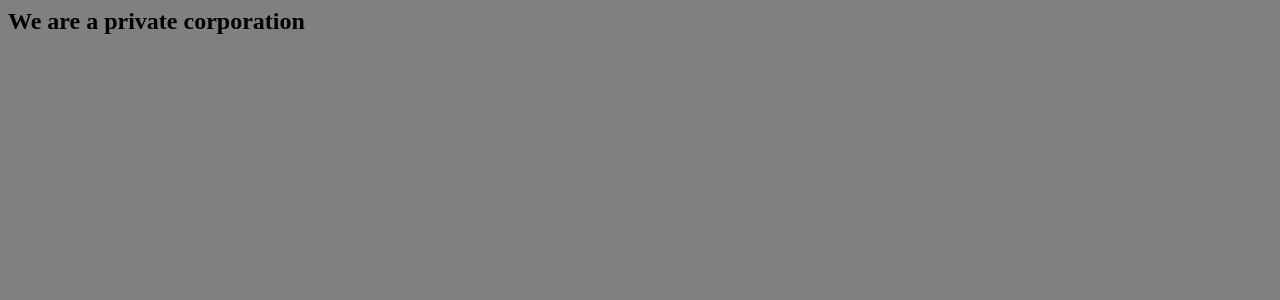
Repository: Mehakbatra496/Eclipse_Workspace
Page: http://localhost/G5_Springboot_LoginReg_ProfileApp/views/aboutUsPage.jsp
An editor plug-in stored every save of this project. The page is shown before and after the next save, followed by the edit.
The browser window is 1280 px wide. The pictures show the whole page.
The page is served by Tomcat 9. Other server files are loaded and not shown.

Above is the page before, as saved 2024-08-26 06:43:50.

### G5_Springboot_LoginReg_ProfileApp/src/main/webapp/views/aboutUsPage.jsp
<%@ page language="java" contentType="text/html; charset=ISO-8859-1"
    pageEncoding="ISO-8859-1"%>

<html>
    <head>
        <meta charset="ISO-8859-1">
        <title>Home</title>
        <style>

           .menubar_div {background-color: powderblue;}

        </style>
    </head>

    <body style="background-color: gray">
    <h2>We are a private corporation</h2>

    </body>
</html>

### G5_Springboot_LoginReg_ProfileApp/src/main/webapp/views/header.jsp
			<!DOCTYPE html>
		<html>
			<head>
				<meta charset="ISO-8859-1">
				<title>Home</title>
			</head>
				<div class="menubar_div">
					<a href="homePage">Home</a>
					<a href="aboutUsPage">About Us</a>
					<a href="contactUsPage">Contact Us</a>
					<a href="logoutPage">Logout</a>
				</div>
		</html>

After the next save:
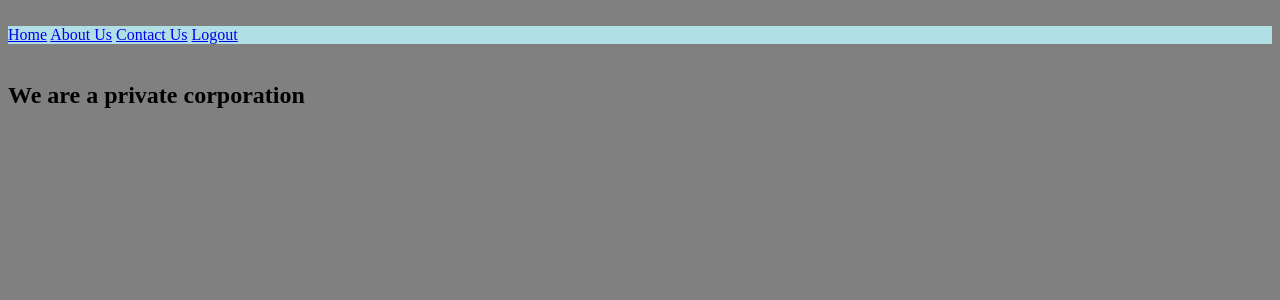
Saved 10 s later.
--- a/G5_Springboot_LoginReg_ProfileApp/src/main/webapp/views/aboutUsPage.jsp
+++ b/G5_Springboot_LoginReg_ProfileApp/src/main/webapp/views/aboutUsPage.jsp
@@ -13,6 +13,11 @@
     </head>
 
     <body style="background-color: gray">
+
+     <br>
+		<jsp:include page="header.jsp" />
+    <br>
+
     <h2>We are a private corporation</h2>
 
     </body>
